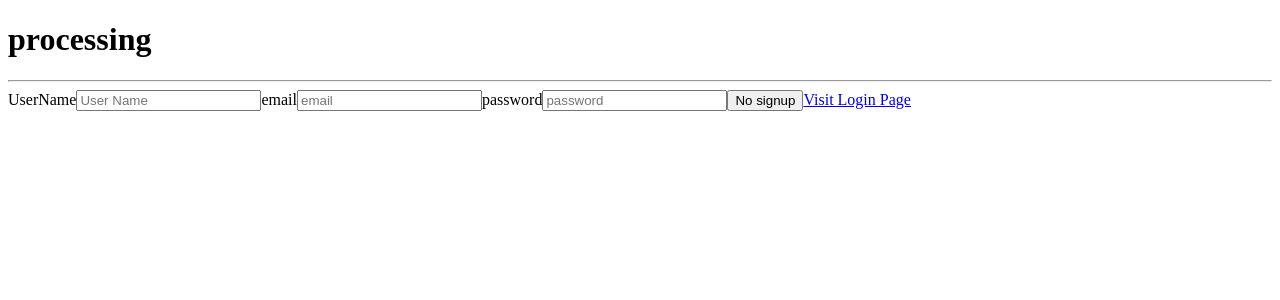
Repository: aditya-jha-kumar/NextJs-auth
Page: /signup
These files come from the project's save history. The page is drawn as it stood at one moment and after a run of saves; the edit follows.
The browser window is 1280 px wide. The pictures show the whole page.
The project was rebuilt for these pictures with package versions that can differ from the ones it lists, and the page was loaded fresh each time. The framework's server and built-in components were replaced by stand-ins that run in the browser. Also part of the build but not shown: next.config.mjs.

Above is the page before, as saved 2024-06-05 12:55:11.

### src/app/signup/page.tsx
"use client";
import Link from "next/link";
import React, { useEffect } from "react";
import { useRouter } from "next/navigation";
import { axios } from "axios";

export default function SignupPage() {
  const router = useRouter();
  const [user, setUser] = React.useState({
    email: "",
    password: "",
    username: "",
  });

  const [buttonDisabled, setButtonDisabled] = React.useState(false);

  const [loading, setLoading] = React.useState(false);

  useEffect(() => {
    if (
      user.email.length > 0 &&
      user.password.length > 0 &&
      user.username.length > 0
    ) {
      setButtonDisabled(false);
    } else {
      setButtonDisabled(true);
    }
  }, [user]);

  const onSignup = async () => {
    try {
    } catch (error) {}
  };
  return (
    <div className="flex flex-col items-center jusitfy-center min-h-screen py-2">
      <h1 className="text-center text-white text-2xl">
        {loading ? "Signup" : "processing"}
      </h1>
      <hr />
      <label htmlFor="username">UserName</label>
      <input
        className="p-2 border border-gray-300 rounded-lg mb-4 focus:outline-none focus:border-gray-600 text-black"
        type="text"
        id="username"
        value={user.username}
        onChange={(e) => setUser({ ...user, username: e.target.value })}
        placeholder="User Name"
      />
      <label htmlFor="email">email</label>
      <input
        className="p-2 border border-gray-300 rounded-lg mb-4 focus:outline-none focus:border-gray-600 text-black"
        type="text"
        id="email"
        value={user.email}
        onChange={(e) => setUser({ ...user, email: e.target.value })}
        placeholder="email"
      />
      <label htmlFor="password">password</label>
      <input
        className="p-2 border border-gray-300 rounded-lg mb-4 focus:outline-none focus:border-gray-600 text-black"
        type="password"
        id="password"
        value={user.password}
        onChange={(e) => setUser({ ...user, password: e.target.value })}
        placeholder="password"
      />
      <button
        onClick={onSignup}
        className="p-2 border border-gray-300 rounded-lg mb-4 focus:outline-none focus:border-gray-600"
      >
        {buttonDisabled ? "No signup" : "Signup"}
      </button>
      <Link href="/login">Visit Login Page</Link>
    </div>
  );
}
//frontend client side, backend serverside

After the next 5 saves:
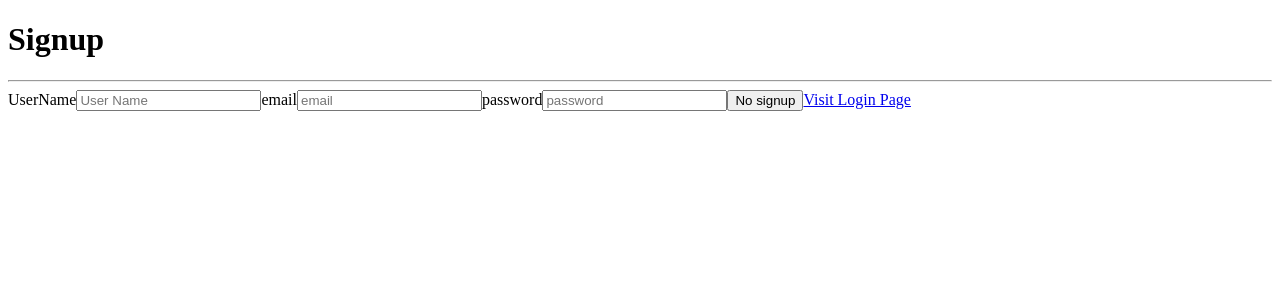
The 5 saves are shown as one change because they came seconds apart.
The last was saved 53 s later.
--- a/src/app/signup/page.tsx
+++ b/src/app/signup/page.tsx
@@ -35,7 +35,7 @@ export default function SignupPage() {
   return (
     <div className="flex flex-col items-center jusitfy-center min-h-screen py-2">
       <h1 className="text-center text-white text-2xl">
-        {loading ? "Signup" : "processing"}
+        {loading ? "processing" : "Signup"}
       </h1>
       <hr />
       <label htmlFor="username">UserName</label>
